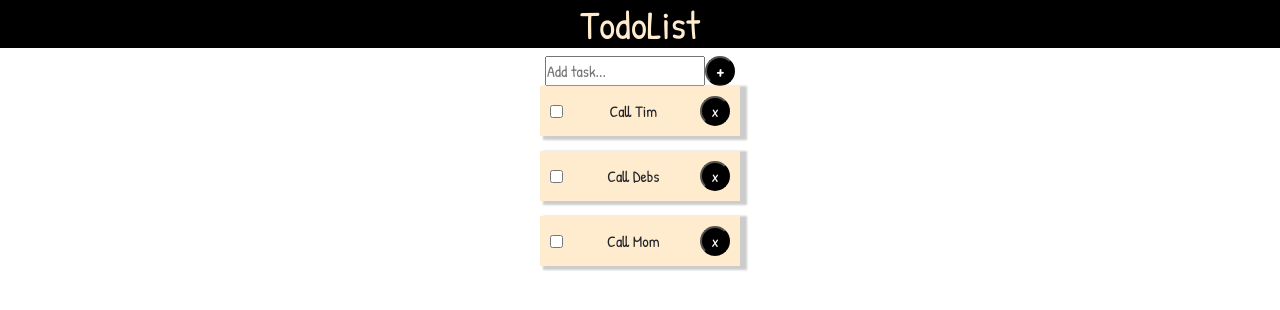
Repository: latenightsnacc/React-Projects
Page: / (app in todolist/)
The author's editor kept a copy of each file at every save. The page is drawn from the files as they stood at one save, then again after the next save.
The browser window is 1280 px wide. The pictures show the whole page.
The project was rebuilt for these pictures with package versions that can differ from the ones it lists, and the page was loaded fresh each time.

Above is the page before, as saved 2020-07-02 12:55:19.

### todolist/public/index.html
<!DOCTYPE html>
<html lang="en">
  <head>
    <meta charset="utf-8" />
    <link rel="icon" href="%PUBLIC_URL%/favicon.ico" />
    <meta name="viewport" content="width=device-width, initial-scale=1" />
    <meta name="theme-color" content="#000000" />
    <meta
      name="description"
      content="Web site created using create-react-app"
    />
    <link rel="apple-touch-icon" href="%PUBLIC_URL%/logo192.png" />
    <link rel="stylesheet" href="https://stackpath.bootstrapcdn.com/bootstrap/4.5.0/css/bootstrap.min.css" integrity="sha384-9aIt2nRpC12Uk9gS9baDl411NQApFmC26EwAOH8WgZl5MYYxFfc+NcPb1dKGj7Sk" crossorigin="anonymous">
    <link rel="manifest" href="%PUBLIC_URL%/manifest.json" />
    <link href="https://fonts.googleapis.com/css2?family=Patrick+Hand&display=swap" rel="stylesheet">
    <title>React App</title>
  </head>
  <body>
    <noscript>You need to enable JavaScript to run this app.</noscript>
    <div id="root"></div>
    <!--
      This HTML file is a template.
      If you open it directly in the browser, you will see an empty page.

      You can add webfonts, meta tags, or analytics to this file.
      The build step will place the bundled scripts into the <body> tag.

      To begin the development, run `npm start` or `yarn start`.
      To create a production bundle, use `npm run build` or `yarn build`.
    -->
  </body>
</html>

### todolist/src/App.js
import React, {Component} from 'react';
import TodoList from './components/TodoList';
import Header from './components/layout/Header';
import './styles/App.scss';
import AddItem from './components/AddItem';

class App extends Component  {
  constructor(props){
    super(props);
    this.state = {
      todos: [
        {
          id: 1,
          title: 'Call Tim',
          completed: false
        },
        {
          id: 2,
          title: 'Call Debs',
          completed: false
        },
        {
          id: 3,
          title: 'Call Mom',
          completed: false
        }
      ]
    }

  }

  // Toggle Complete
  markComplete = (id) => {
    this.setState({
      todos: this.state.todos.map(task => {
        if(task.id === id){
          task.completed = !task.completed
        }
        return task;
      })
    })
  }

  // Delete Task
  deleteTask = (id) => {
    this.setState({
      todos: [...this.state.todos.filter(
        task => task.id !== id
      )]
    })
  }

  render() {
    return (
      <div className="App">
        <Header />
        <div className="container">
          <AddItem />
          <TodoList tasks= {this.state.todos} markComplete={this.markComplete} deleteTask= {this.deleteTask} />
        </div>

      </div>
    );
  }

}

export default App;

### todolist/src/components/TodoList.js
import React, { Component } from 'react';
import PropTypes from 'prop-types';
import TodoItem from './TodoItem';

class TodoList extends Component {
    render() {
        return (
            <>
                <div style={todoList}>
                    {
                        this.props.tasks.map(task => {
                            return <TodoItem key={task.id} task= {task} markComplete={this.props.markComplete} deleteTask= {this.props.deleteTask} />
                        })
                    }
                </div>
            </>
        )
    }
}

const todoList = {
    display: 'flex',
    width: '100%',
    alignItems: 'center',
    flexDirection: 'column'
}
// PropTypes
TodoList.propTypes = {
    tasks: PropTypes.array.isRequired
}
export default TodoList;

### todolist/src/components/layout/Header.js
import React from 'react'

function Header() {
    return (
        <div style={headerStyle}>
           <h1>TodoList</h1>
        </div>
    )
}

const headerStyle = {
    background: 'black',
    color: '#ffebcd',
    textAlign: 'center',
    lineHeight: '1.4'
}

export default Header;

### todolist/src/styles/App.scss
@import "~bootstrap/scss/bootstrap";
@import url('https://fonts.googleapis.com/css2?family=Patrick+Hand&display=swap');

* {
    margin: 0;
    padding: 0;
    font-family: 'Patrick Hand', cursive;
}

.App {
    .container{
        display: flex;
        width: 100vw;
        flex-direction: column;
        align-items: center;
    }

}

.addBtn {
    height: 30px;
    width: 30px;
    border-radius: 50%;
    text-align: center;
    background-color: black;
    color: white;
    font-weight: bold;
    outline: none;
}
.addItem {
    outline:none;

    &:focus{
        outline:none;
    }
}

### todolist/src/components/AddItem.js
import React, { Component } from 'react'

class AddItem extends Component {
    render() {
        return (
            <form style={{display: 'flex'}}>
                <input
                type="text"
                name="title"
                placeholder="Add task..."
                className="addItem"
                />
                <input
                type="submit"
                value="+"
                className="addBtn"
                />
            </form>
        )
    }
}

export default AddItem

### todolist/src/components/TodoItem.js
import React, { Component } from 'react';
import PropTypes from 'prop-types';

class TodoItem extends Component {
    getStyle = () => {
        return {
            background: '#ffebcd',
            width: '200px',
            padding: '10px',
            display: 'flex',
            alignItems: 'center',
            justifyContent: 'space-between',
            marginBottom: '15px',
            boxShadow: '5px 2px 2px 2px #cccccc',
            textDecoration: this.props.task.completed ?
            'line-through'
            :'none'
        }
    }

    render() {
        const { id, title } = this.props.task;
        return (
            <>
                <div style={this.getStyle()}>
                    <input type="checkbox" onChange={this.props.markComplete.bind(this, id)} /> &nbsp;
                    {title}
                    <button style={btn} onClick={this.props.deleteTask.bind(this, id)}>x</button>
                </div>
            </>
        )
    }
}
const btn = {
    float: 'right',
    background: 'black',
    height: '30px',
    width: '30px',
    borderRadius: '50%',
    textAlign: 'center',
    color: 'white',
    outline: 'none'
}
// PropTypes
TodoItem.propTypes = {
    task: PropTypes.object.isRequired
}
export default TodoItem

Loaded but not shown: todolist/src/index.js (common file)

After the next save:
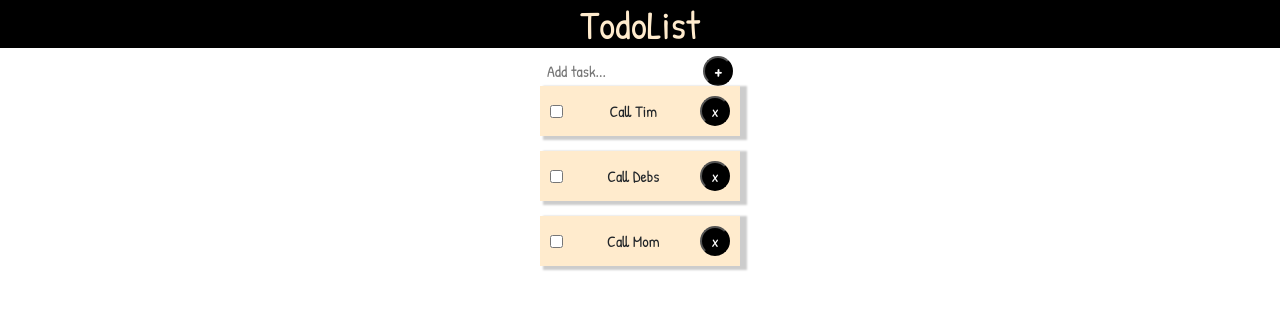
Saved 17 s later.
--- a/todolist/src/styles/App.scss
+++ b/todolist/src/styles/App.scss
@@ -29,7 +29,7 @@
 }
 .addItem {
     outline:none;
-
+    border: 0;
     &:focus{
         outline:none;
     }
